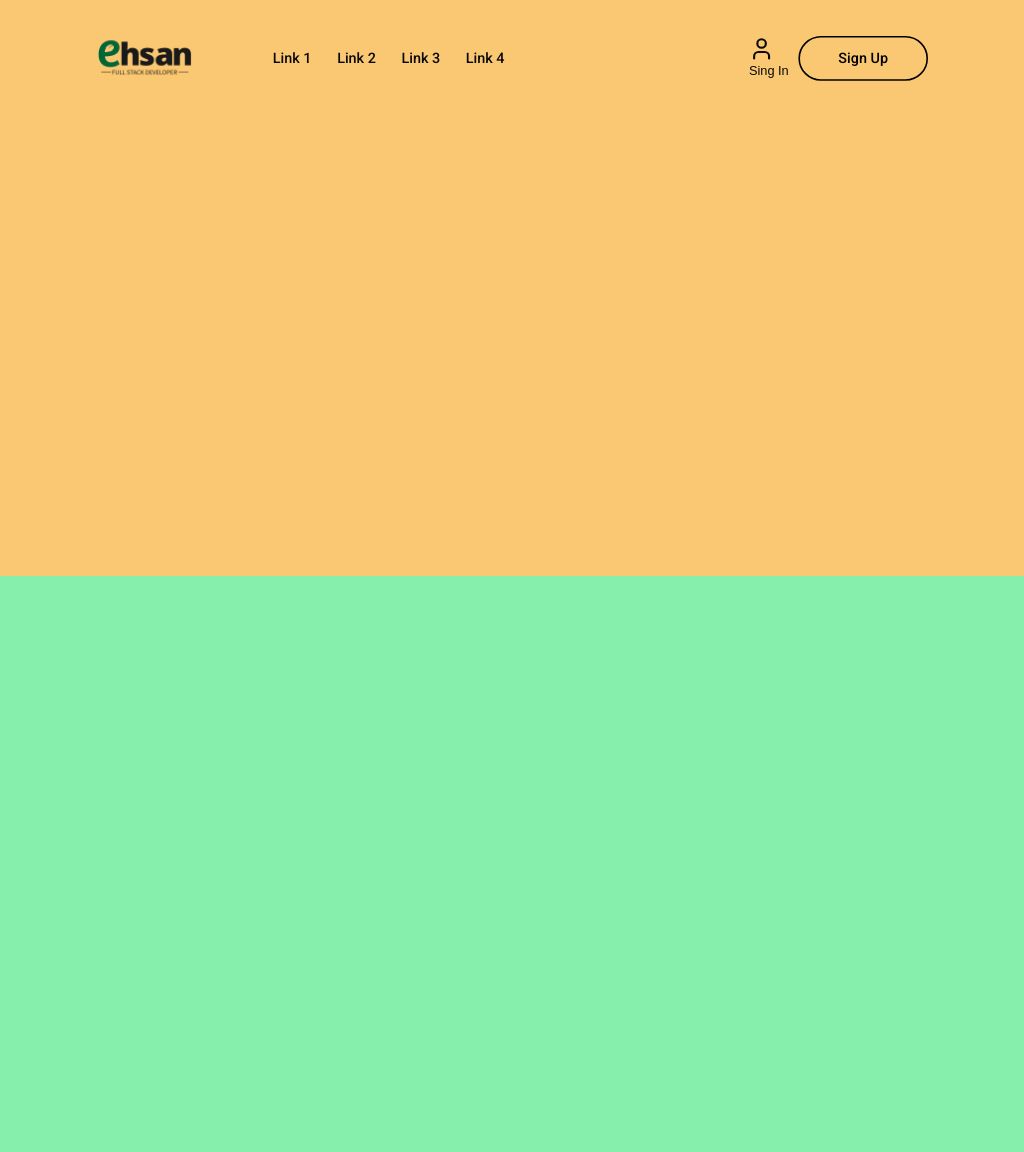
Repository: FrontendProjectsNL/mijn-portfolio-project
Page: /exercise
The author's editor kept a copy of each file at every save. The page is drawn from the files as they stood at one save, then again after the next save.
The browser window is 1280 px wide. The pictures show the whole page, at 80% of full size.
The project was rebuilt for these pictures with package versions that can differ from the ones it lists, and the page was loaded fresh each time. The framework's server and built-in components were replaced by stand-ins that run in the browser. Also part of the build but not shown: next.config.mjs.

Above is the page before, as saved 2024-10-25 13:09:48.

After the next save:
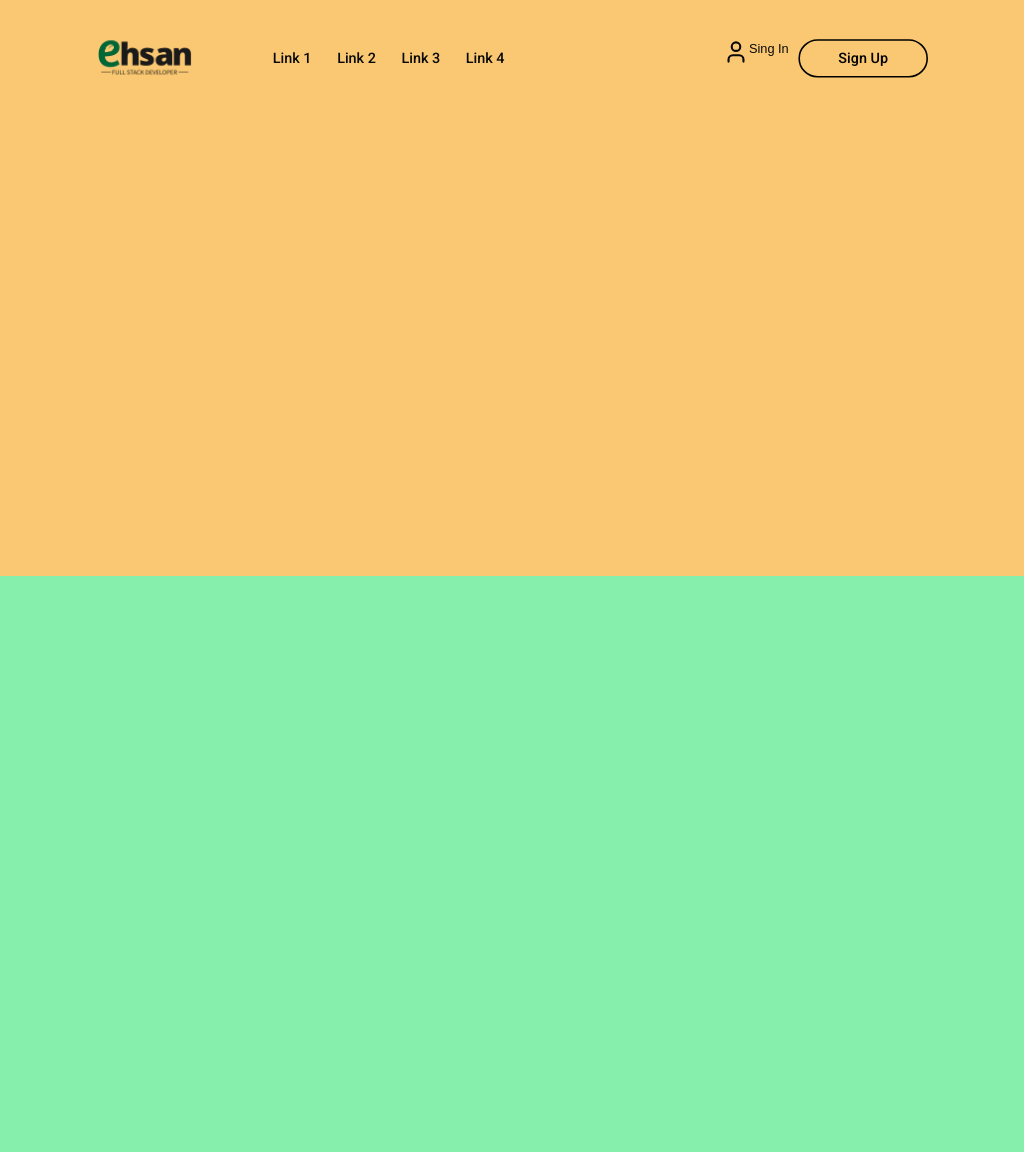
Saved 27 s later.
--- a/app/exercise/page.tsx
+++ b/app/exercise/page.tsx
@@ -82,7 +82,7 @@ const Page: React.FC<PageProps> = () => {
           </ul>
         </div>
         <div className="flex gap-3">
-          <Link href={'/'}>
+          <Link href={'/'} className="flex">
             <User className="w-8 h-8" />
             <span className="relative transform duration-700 group-hover:-translate-x-3">
               Sing In
